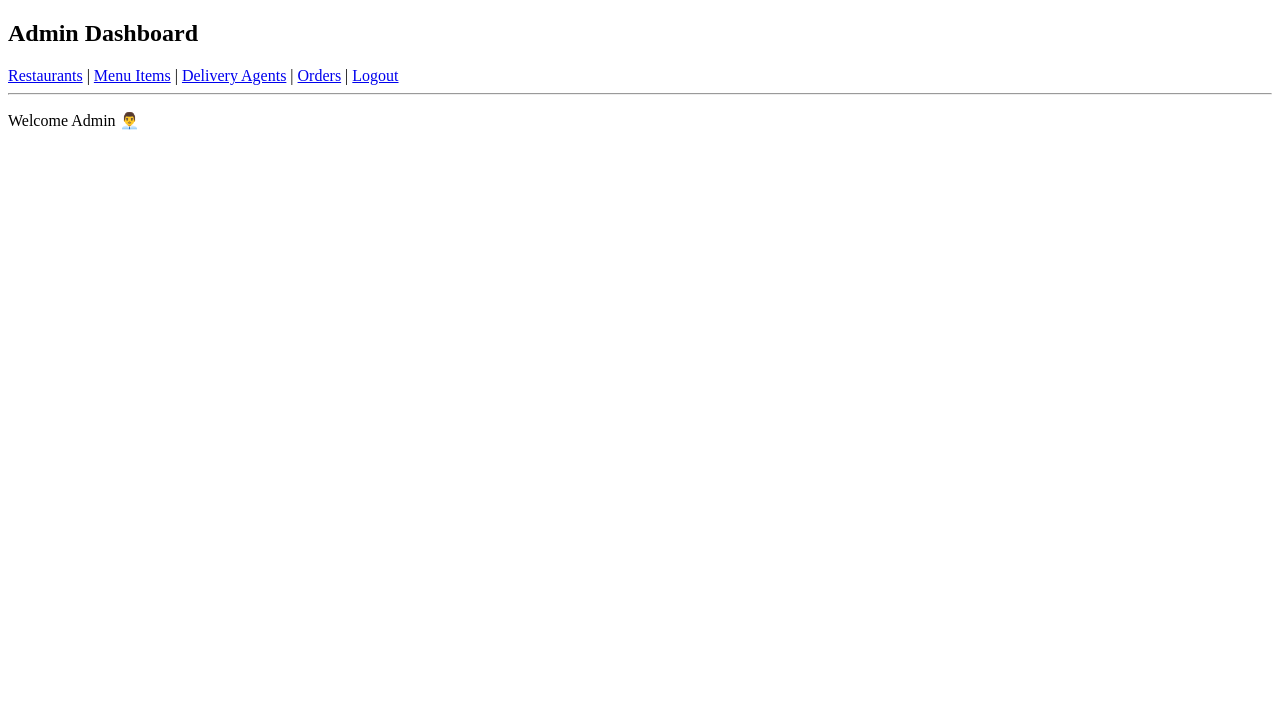
Repository: Yadavilli-KeerthiSri/practice-Sprint-project
Page: http://localhost/admin/admin-dashboard
An editor plug-in stored every save of this project. The page is shown before and after the next save, followed by the edit.
The browser window is 1280 px wide. The pictures show the whole page.
Some web libraries are served in a nearby version. The page is this project's Thymeleaf template; nobody is signed in. The template is opened directly, without the code that normally fills it, so the values that code supplies are empty.

Above is the page before, as saved 2026-02-04 03:02:42.

### SprintProject/10-Food-Delivery-System-Project/src/main/resources/templates/admin/admin-dashboard.html
<!DOCTYPE html>
<html xmlns:th="http://www.thymeleaf.org">
<head>
    <title>Admin Dashboard</title>
</head>
<body>

<h2>Admin Dashboard</h2>

<nav>
    <a th:href="@{/admin/restaurants}">Restaurants</a> |
    <a th:href="@{/admin/menu-items}">Menu Items</a> |
    <a th:href="@{/admin/agents}">Delivery Agents</a> |
    <a th:href="@{/admin/orders}">Orders</a> |
    <a th:href="@{/logout}">Logout</a>
</nav>

<hr>

<p>Welcome Admin 👨‍💼</p>

</body>
</html>

After the next save:
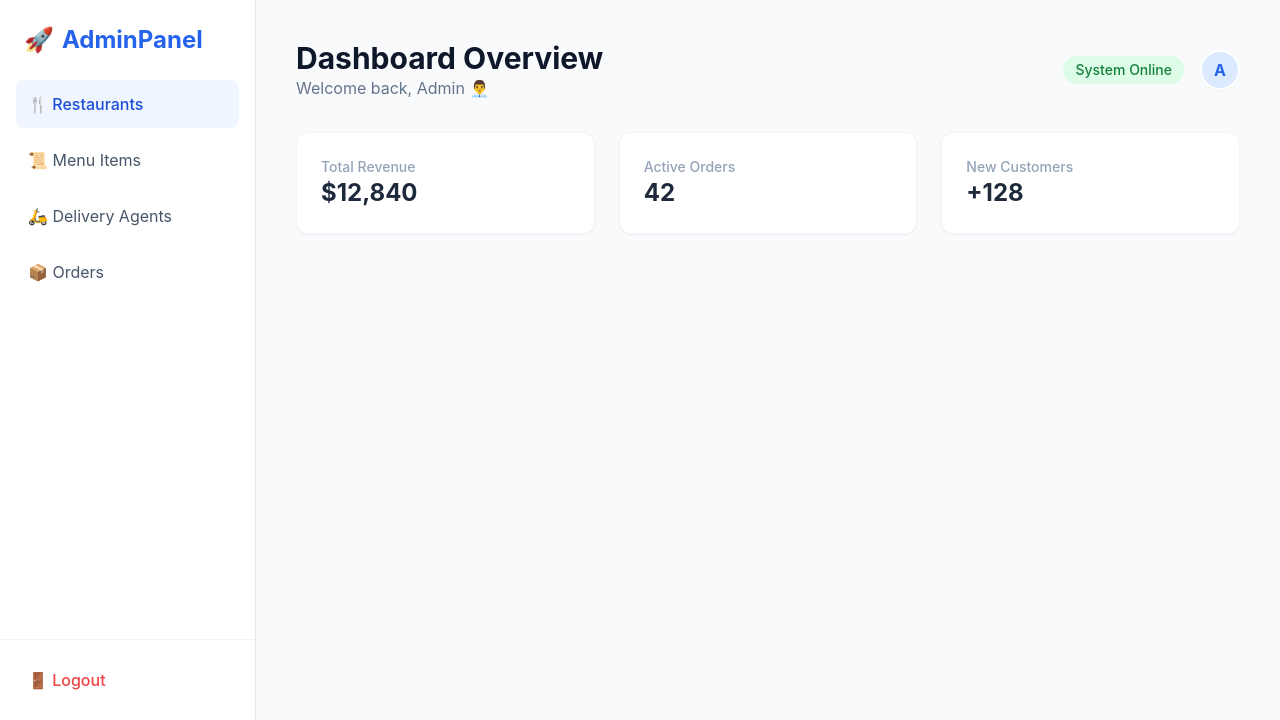
Saved 63 min 32 s later.
--- a/SprintProject/10-Food-Delivery-System-Project/src/main/resources/templates/admin/admin-dashboard.html
+++ b/SprintProject/10-Food-Delivery-System-Project/src/main/resources/templates/admin/admin-dashboard.html
@@ -1,23 +1,82 @@
 <!DOCTYPE html>
 <html xmlns:th="http://www.thymeleaf.org">
 <head>
-    <title>Admin Dashboard</title>
+    <meta charset="UTF-8">
+    <meta name="viewport" content="width=device-width, initial-scale=1.0">
+    <title>Admin Dashboard | FoodExec</title>
+    <!-- Tailwind CSS for styling -->
+    <script src="https://cdn.tailwindcss.com"></script>
+    <!-- Google Fonts -->
+    <link href="https://fonts.googleapis.com" rel="stylesheet">
+    <style>
+        body { font-family: 'Inter', sans-serif; }
+    </style>
 </head>
-<body>
+<body class="bg-slate-50 text-slate-800">
 
-<h2>Admin Dashboard</h2>
+    <div class="min-h-screen flex">
+        <!-- Sidebar -->
+        <aside class="w-64 bg-white border-r border-slate-200 flex flex-col">
+            <div class="p-6">
+                <h1 class="text-2xl font-bold text-blue-600 flex items-center gap-2">
+                    <span>🚀</span> AdminPanel
+                </h1>
+            </div>
 
-<nav>
-    <a th:href="@{/admin/restaurants}">Restaurants</a> |
-    <a th:href="@{/admin/menu-items}">Menu Items</a> |
-    <a th:href="@{/admin/agents}">Delivery Agents</a> |
-    <a th:href="@{/admin/orders}">Orders</a> |
-    <a th:href="@{/logout}">Logout</a>
-</nav>
+            <nav class="flex-1 px-4 space-y-2">
+                <a th:href="@{/admin/restaurants}" class="flex items-center gap-3 p-3 rounded-lg bg-blue-50 text-blue-700 font-medium transition-all">
+                    🍴 Restaurants
+                </a>
+                <a th:href="@{/admin/menu-items}" class="flex items-center gap-3 p-3 rounded-lg hover:bg-slate-100 text-slate-600 transition-all">
+                    📜 Menu Items
+                </a>
+                <a th:href="@{/admin/agents}" class="flex items-center gap-3 p-3 rounded-lg hover:bg-slate-100 text-slate-600 transition-all">
+                    🛵 Delivery Agents
+                </a>
+                <a th:href="@{/admin/orders}" class="flex items-center gap-3 p-3 rounded-lg hover:bg-slate-100 text-slate-600 transition-all">
+                    📦 Orders
+                </a>
+            </nav>
 
-<hr>
+            <div class="p-4 border-t border-slate-100">
+                <a th:href="@{/logout}" class="flex items-center gap-3 p-3 rounded-lg text-red-500 hover:bg-red-50 transition-all font-medium">
+                    🚪 Logout
+                </a>
+            </div>
+        </aside>
 
-<p>Welcome Admin 👨‍💼</p>
+        <!-- Main Content -->
+        <main class="flex-1 p-10">
+            <header class="flex justify-between items-center mb-8">
+                <div>
+                    <h2 class="text-3xl font-bold text-slate-900">Dashboard Overview</h2>
+                    <p class="text-slate-500">Welcome back, Admin 👨‍💼</p>
+                </div>
+                <div class="flex items-center gap-4">
+                    <span class="bg-green-100 text-green-700 px-3 py-1 rounded-full text-sm font-medium">System Online</span>
+                    <div class="w-10 h-10 rounded-full bg-blue-100 border-2 border-white shadow-sm flex items-center justify-center text-blue-600 font-bold">
+                        A
+                    </div>
+                </div>
+            </header>
+
+            <!-- Placeholder Cards for a "Dashboard" feel -->
+            <div class="grid grid-cols-1 md:grid-cols-3 gap-6">
+                <div class="bg-white p-6 rounded-xl shadow-sm border border-slate-100">
+                    <p class="text-slate-400 text-sm font-medium">Total Revenue</p>
+                    <h3 class="text-2xl font-bold text-slate-800">$12,840</h3>
+                </div>
+                <div class="bg-white p-6 rounded-xl shadow-sm border border-slate-100">
+                    <p class="text-slate-400 text-sm font-medium">Active Orders</p>
+                    <h3 class="text-2xl font-bold text-slate-800">42</h3>
+                </div>
+                <div class="bg-white p-6 rounded-xl shadow-sm border border-slate-100">
+                    <p class="text-slate-400 text-sm font-medium">New Customers</p>
+                    <h3 class="text-2xl font-bold text-slate-800">+128</h3>
+                </div>
+            </div>
+        </main>
+    </div>
 
 </body>
 </html>
